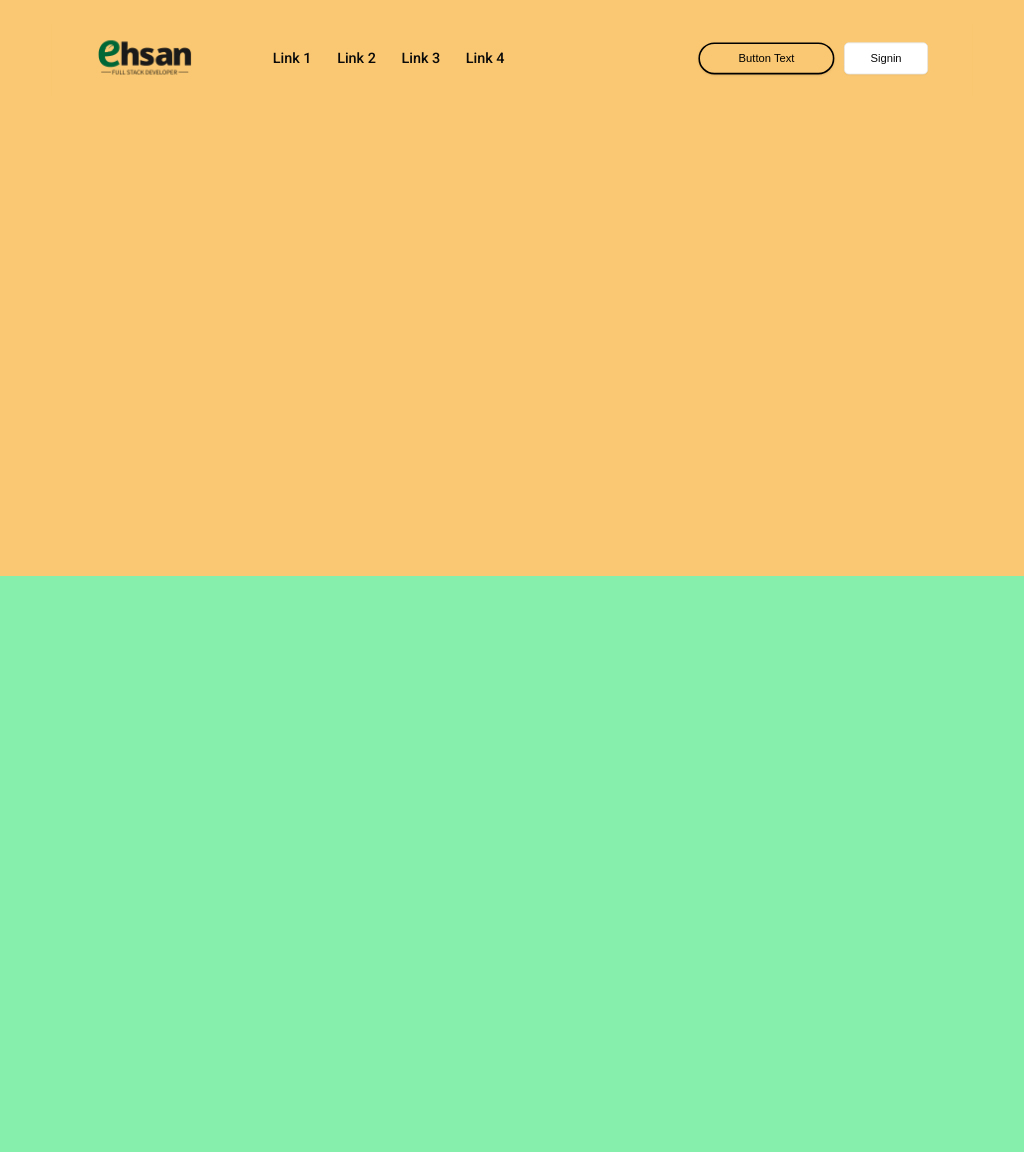
Repository: FrontendProjectsNL/mijn-portfolio-project
Page: /exercise
An editor plug-in stored every save of this project. The page is shown before and after the next save, followed by the edit.
The browser window is 1280 px wide. The pictures show the whole page, at 80% of full size.
The project was rebuilt for these pictures with package versions that can differ from the ones it lists, and the page was loaded fresh each time. The framework's server and built-in components were replaced by stand-ins that run in the browser. Also part of the build but not shown: next.config.mjs.

Above is the page before, as saved 2024-10-25 12:53:59.

After the next save:
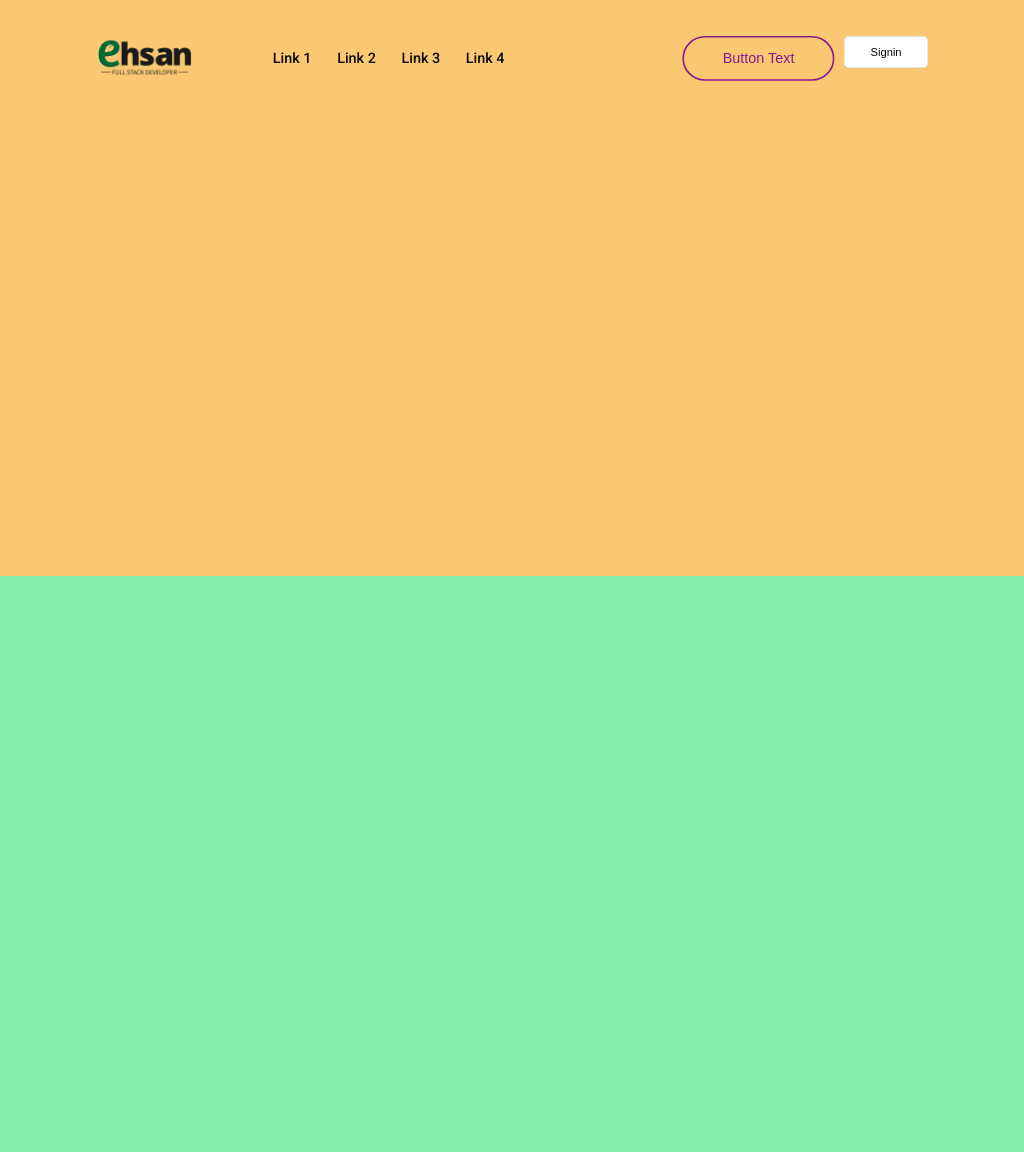
Saved 3 min 34 s later.
--- a/app/exercise/page.tsx
+++ b/app/exercise/page.tsx
@@ -81,12 +81,28 @@ const Page: React.FC<PageProps> = () => {
           </ul>
         </div>
         <div className="flex gap-3">
-          <Button
-            size="lg"
-            className="relative overflow-hidden font-medium text-black border-2 border-black px-12 rounded-full bg-transparent before:absolute before:inset-0 before:bg-[#f27d4b] before:bg-opacity-70 before:origin-bottom before:scale-y-0 before:transition-transform before:duration-[5000ms] hover:before:scale-y-100"
-          >
-            <span className="relative z-10">Button Text</span>
-          </Button>
+          <button class="group relative inline-flex items-center overflow-hidden rounded-full border-2 border-fuchsia-800 px-12 py-3 text-lg font-medium text-fuchsia-800 hover:bg-gray-50 hover:text-white">
+            <span class="duration-400 ease absolute left-0 top-1/2 block h-0 w-full bg-fuchsia-800 opacity-100 transition-all group-hover:top-0 group-hover:h-full"></span>
+            <span class="ease absolute right-0 flex h-10 w-10 translate-x-full transform items-center justify-start duration-500 group-hover:-translate-x-2">
+              <svg
+                class="h-5 w-5"
+                fill="none"
+                stroke="currentColor"
+                viewBox="0 0 24 24"
+                xmlns="http://www.w3.org/2000/svg"
+              >
+                <path
+                  stroke-linecap="round"
+                  stroke-linejoin="round"
+                  stroke-width="2"
+                  d="M14 5l7 7m0 0l-7 7m7-7H3"
+                ></path>
+              </svg>
+            </span>
+            <span class="relative transform duration-700 group-hover:-translate-x-3">
+              Button Text
+            </span>
+          </button>
 
           <Button size={'lg'} variant={'outline'}>
             Signin
